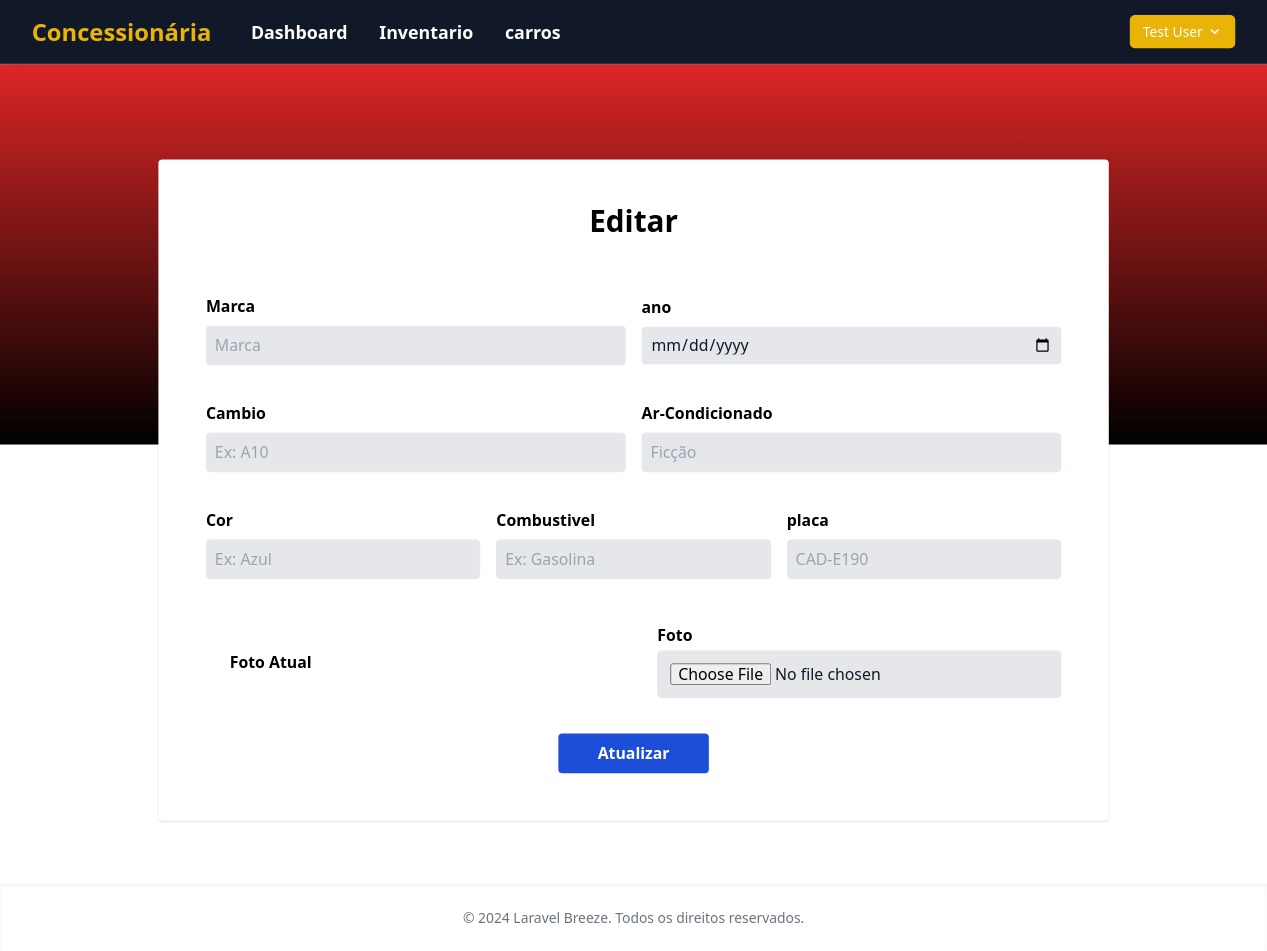
Repository: CarlosEduFF/Projeto-Concession-ria
Page: resources/views/editar.blade.php
These files come from the project's save history. The page is drawn as it stood at one moment and after a run of saves; the edit follows.
The browser window is 1280 px wide. The pictures show the whole page, at 99% of full size.
Some web libraries are served in a nearby version. The page is served by the project's Laravel application, run on PHP 8.4 with Laravel 9. A made-up administrator, Test User (test@example.com), is signed in. The template is opened directly, without the code that normally fills it, so the values that code supplies are empty.

Above is the page before, as saved 2024-09-10 16:45:48.

After the next 2 saves:
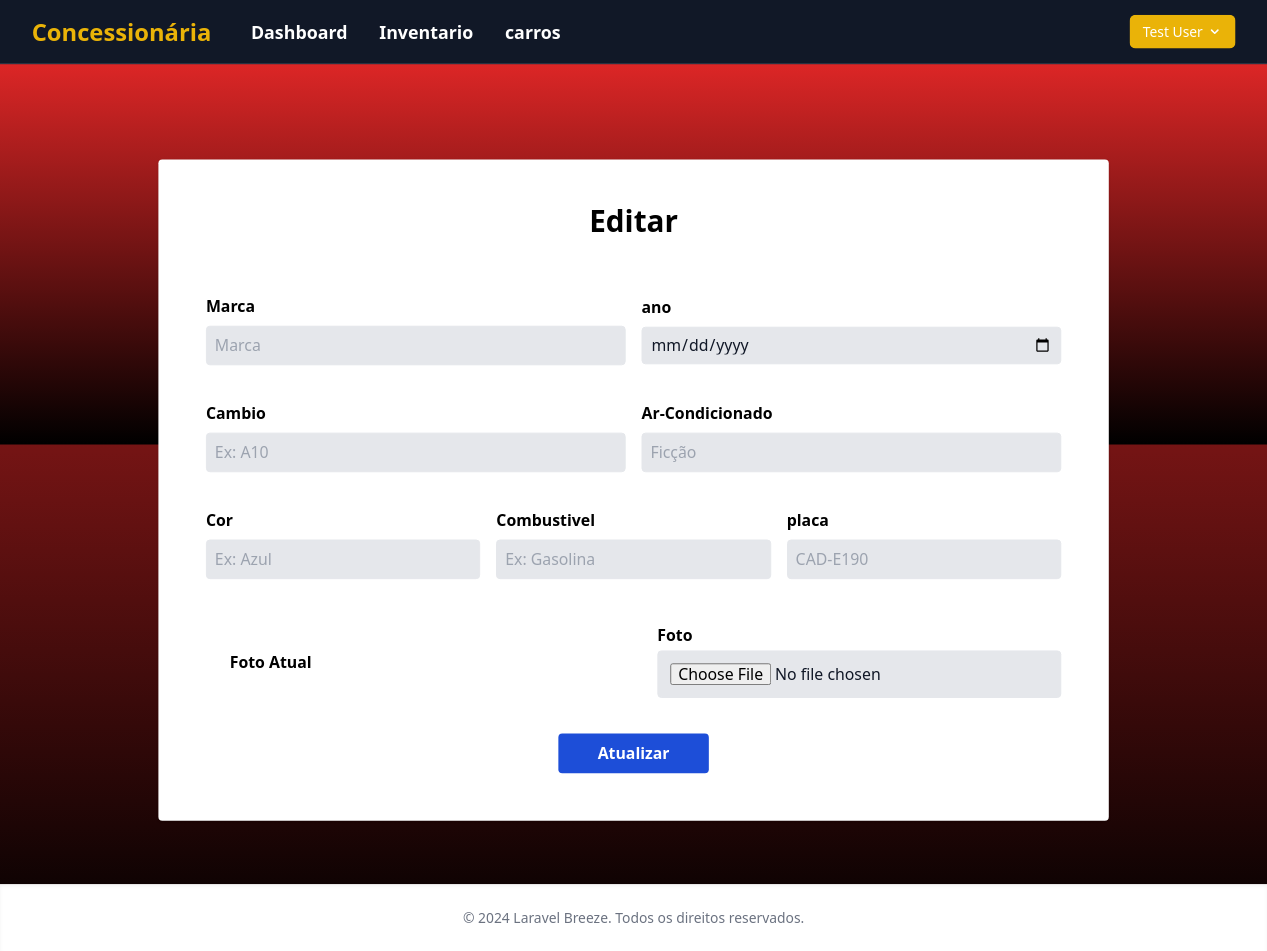
The 2 saves are shown as one change because they came seconds apart.
The last was saved 22 min 40 s later.
--- a/resources/views/editar.blade.php
+++ b/resources/views/editar.blade.php
@@ -8,7 +8,7 @@
     <script src="https://cdn.tailwindcss.com"></script>
     <title>Editar Carro</title>
 </head>
-<body>
+<body  class="bg-gradient-to-b from-red-600 to-black min-h-screen flex flex-col">
 
 <nav x-data="{ open: false }" class="bg-gray-900 text-white shadow-lg border-b border-gray-700">
     <!-- Primary Navigation Menu -->
